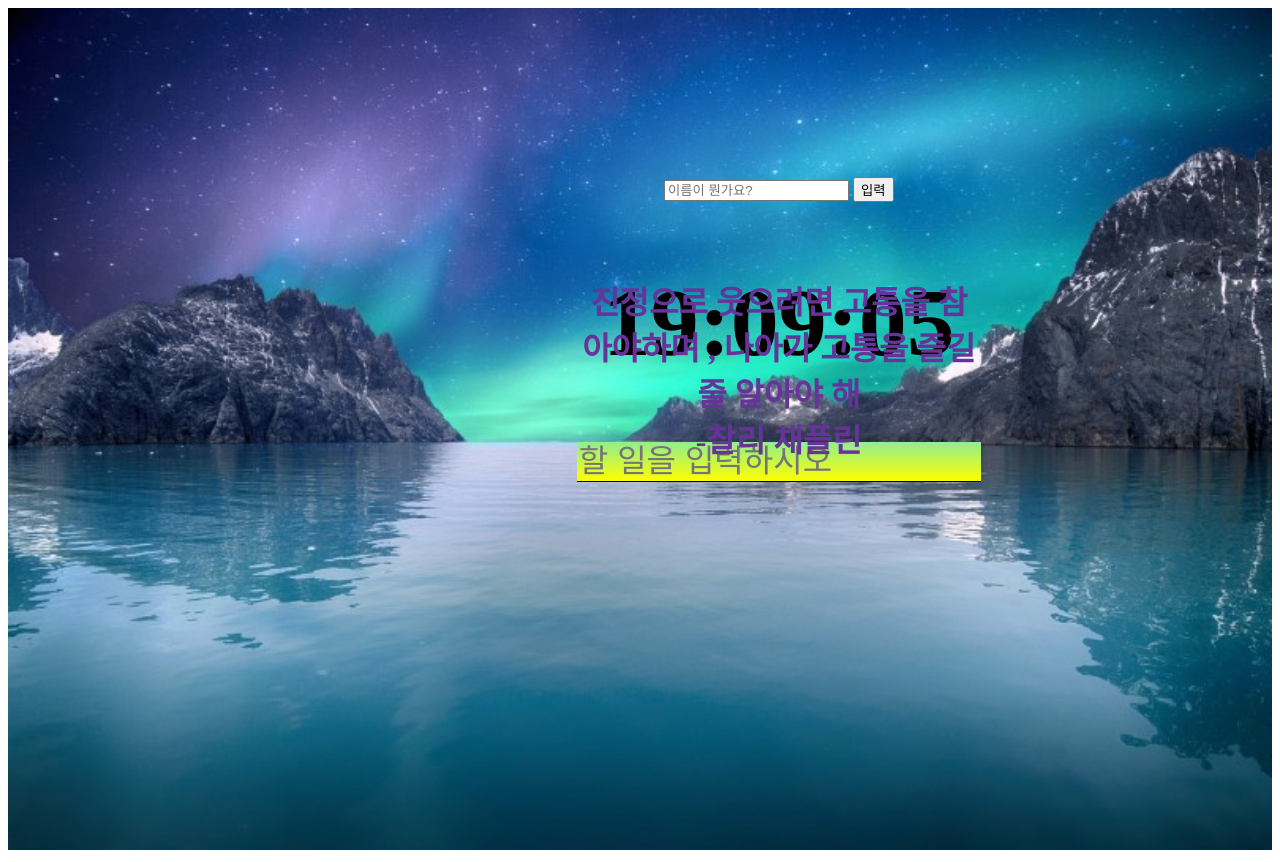
Repository: jun01270/F-E-practice
Page: index.html
An editor plug-in stored every save of this project. The page is shown before and after the next save, followed by the edit.
The browser window is 1280 px wide. The pictures show the whole page.

Above is the page before, as saved 2023-01-10 19:26:10.

After the next save:
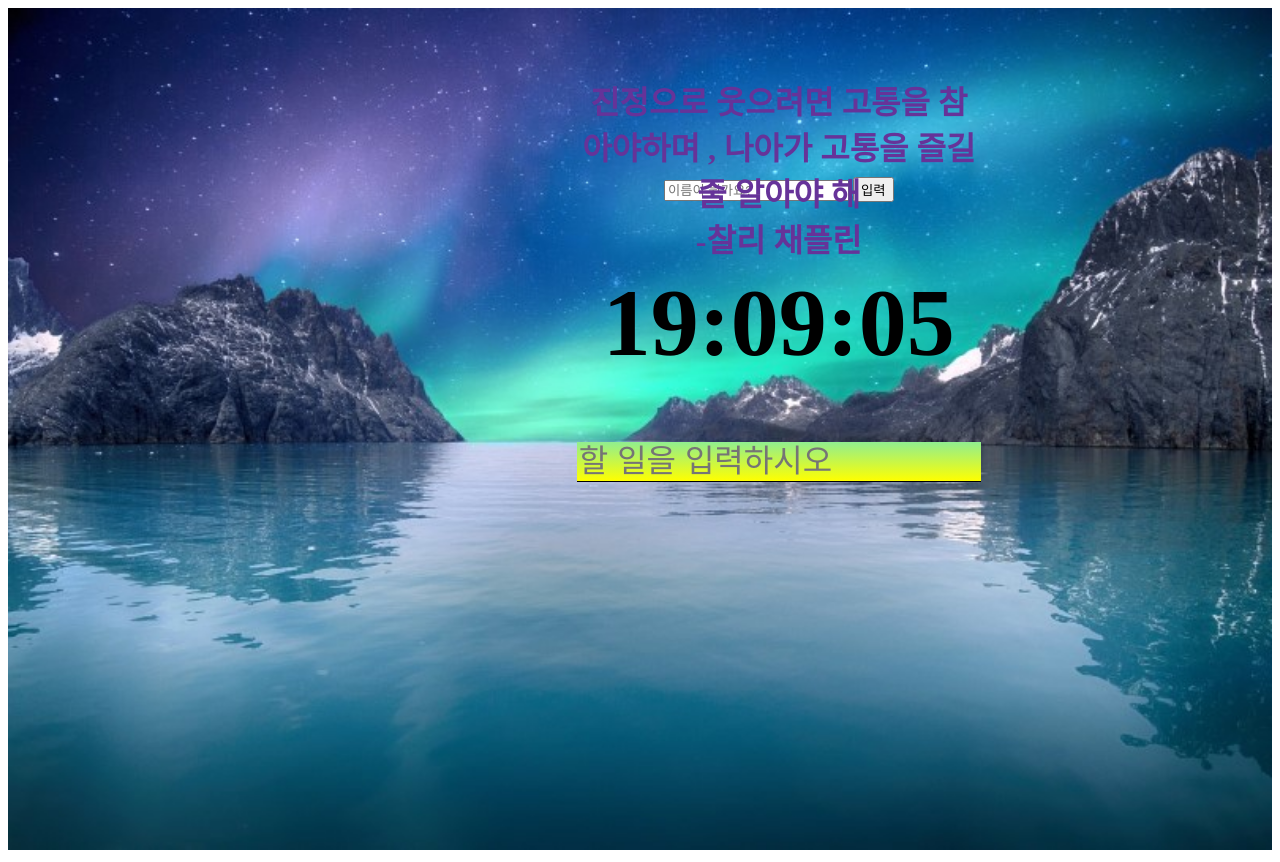
Saved 8 s later.
--- a/css/style.css
+++ b/css/style.css
@@ -38,7 +38,7 @@ body {
 
 #quote {
   position: absolute;
-  top: 100px;
+  top: -100px;
   color: rebeccapurple;
   font-size: xx-large;
   font-weight: bold;
